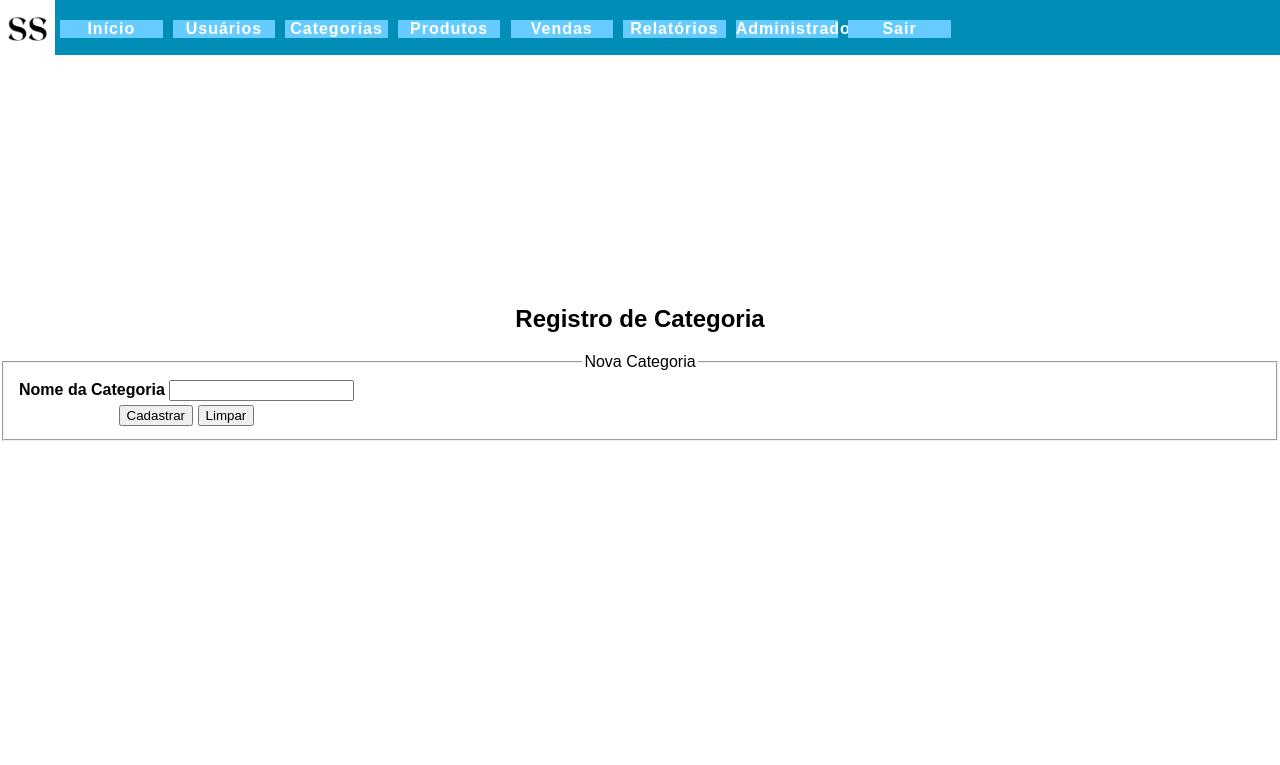
Repository: FaculdadeSenaiJoinville/PiMichelBaade
Page: ProjetoIndividual/WebContent/pages/admin/adminCategorias.html
An editor plug-in stored every save of this project. The page is shown before and after the next save, followed by the edit.
The browser window is 1280 px wide. The pictures show the whole page.

Above is the page before, as saved 2021-08-18 00:34:57.

### ProjetoIndividual/WebContent/pages/admin/adminCategorias.html
<!DOCTYPE html>
<html>
<head>
<meta charset="UTF-8">
	<meta name="description" content="Site da Software dos Sonhos">
	<meta name="keywords" content="Padaria, Software, Sonhos">
	<meta name="author" content="Michel Baade">
	<meta name="viewport" content="width=device-width, initial-scale=1.0">
<title>Software dos Sonhos</title>
<link rel="stylesheet" type="text/css" href="../../css/admin.css">
<script src="https://code.jquery.com/jquery-3.6.0.min.js" integrity="sha256-/xUj+3OJU5yExlq6GSYGSHk7tPXikynS7ogEvDej/m4=" crossorigin="anonymous"></script>
<script src="../../js/admin.js"></script>
</head>
<body>
	<header></header>

<section>

<h2>Registro de Categoria</h2>

		<form name="frmAddCategoria" id="addCategoria" class="frmInserir">
			<fieldset>
			<legend>Nova Categoria</legend>
				<table>

					<tr>

						<th>Nome da Categoria</th>
						<td><input type="text" name="nome"></td>

					</tr>
					<tr>
						<td colspan="2">
							<button type="button">Cadastrar</button>
							<button type="reset">Limpar</button>
						</td>
					</tr>
				</table>
			</fieldset>
		</form>

	</section>


</body>
</html>

### ProjetoIndividual/WebContent/css/admin.css
@charset "UTF-8";

body{
	margin: 0 auto;
	font-family: "Century Gothic", sans-serif;
}

header{
	height: 55px;
	background-color: #008eb6;
	position: sticky;
	position: -webkit -sticky;
	top: 0px;
}

header img{
	float: left;
	height: 55px;
	width: 55px;
}

nav{
	clear: both;
	width: 80%;
	height: 100%;
	display: inline-block;
	margin: 20px auto;
}

nav a{
	color: white;
	font-weight: bold;
	letter-spacing: 1px;
	text-decoration: none;
	text-align: center;
}

nav .opcao{
	float: left;
	width: 10%;
	background-color: #66ccff;
	margin: 0 0.5%;
	font-size: 16px;
}

nav .opcao:hover{
	background-color: #83afd3;
}

.dropdown{
	position: relative;
	display: inline-block;
}

.dropdown-content{
	display: none;
	position: absolute;
	background-color: #66ccff;
	z-index: 1;
	width: 100%;
}

.dropdown-content a{
	display: block;
}


.dropdown-content a:hover{
	background-color: 83afd3;
}

.dropdown:hover .dropdown-content{
	display: block;
}

section{
	clear: both;
	min-height: 460px;
	width: 100%;
	margin-top: 250px;
	text-align: center;

}

section img{
	border:4px solid #000;
}

### ProjetoIndividual/WebContent/js/admin.js
SONHOS = new Object();

$(document).ready(function() {

	$("header").load("/ProjetoIndividual/pages/admin/general/header.html");




});

### ProjetoIndividual/WebContent/pages/admin/general/header.html
<img src="../../imgs/logomenor.png" alt="Logo da Software dos Sonhos" id="logomenor">
<nav>
<a href="#"><div class="opcao">Início</div></a>
<a href="#"><div class="opcao">Usuários</div></a>
<a href="#"><div class="opcao">Categorias</div></a>
<a href="#"><div class="opcao">Produtos</div></a>
<a href="#"><div class="opcao">Vendas</div></a>
	<div class="opcao dropdown">
		<a href="#">
			<div class="dropbtn">Relatórios</div>
		</a>
		<div class="dropdown-content">
			<a href="#">Faturamentos</a>
			<a href="#">Vendas</a>
		</div>
	</div>
<a href="#"><div class="opcao">Administrador</div></a>
<a href="#"><div class="opcao">Sair</div></a>
</nav>

After the next save:
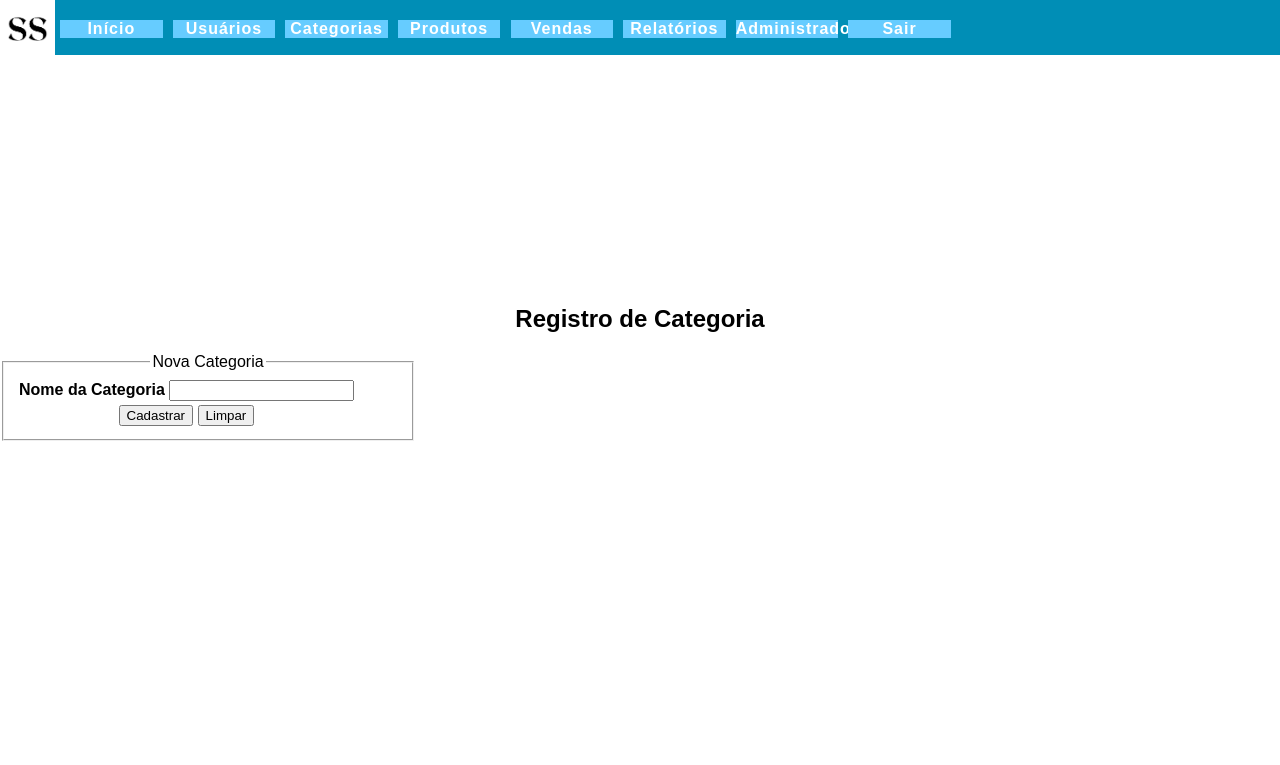
Saved 36 s later.
--- a/ProjetoIndividual/WebContent/css/admin.css
+++ b/ProjetoIndividual/WebContent/css/admin.css
@@ -85,3 +85,7 @@ section{
 section img{
 	border:4px solid #000;
 }
+
+fieldset {
+	width: 30%;
+}

After the save that followed:
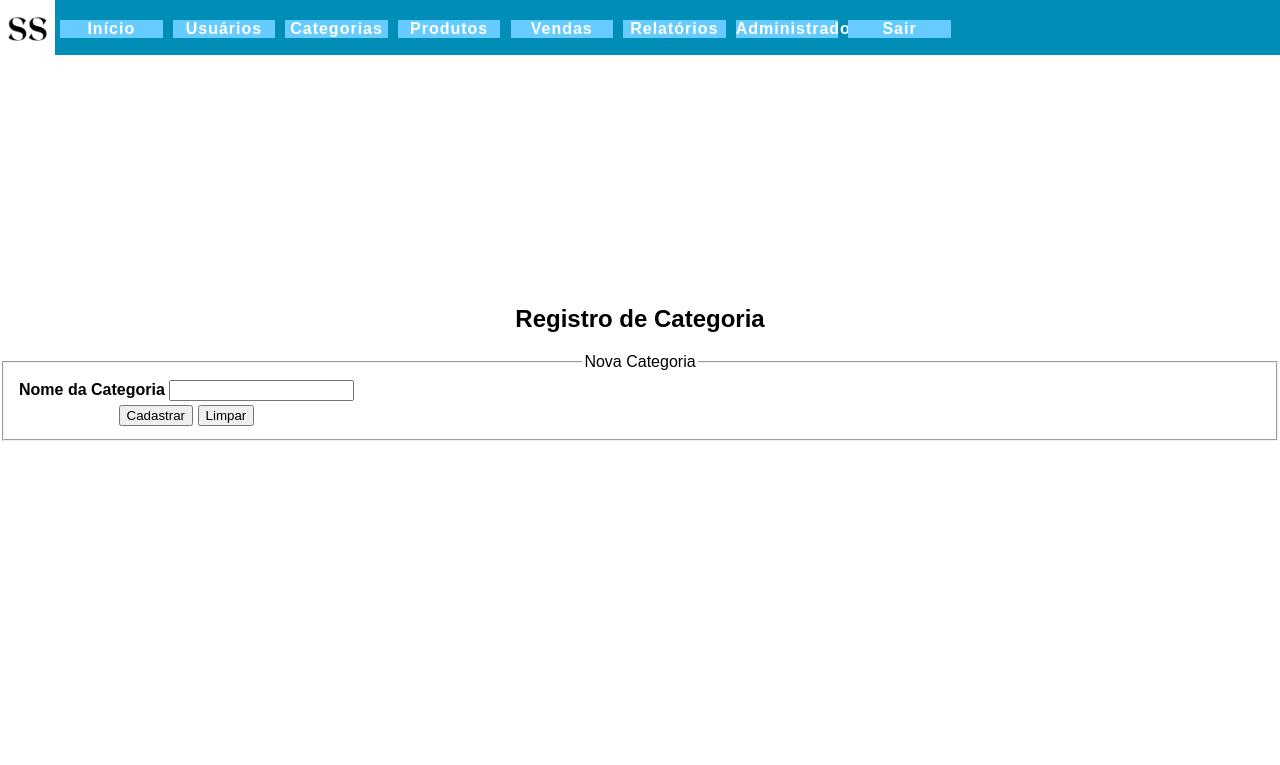
Saved 56 s later.
--- a/ProjetoIndividual/WebContent/css/admin.css
+++ b/ProjetoIndividual/WebContent/css/admin.css
@@ -86,6 +86,6 @@ section img{
 	border:4px solid #000;
 }
 
-fieldset {
-	width: 30%;
+.frmInserir{
+
 }
